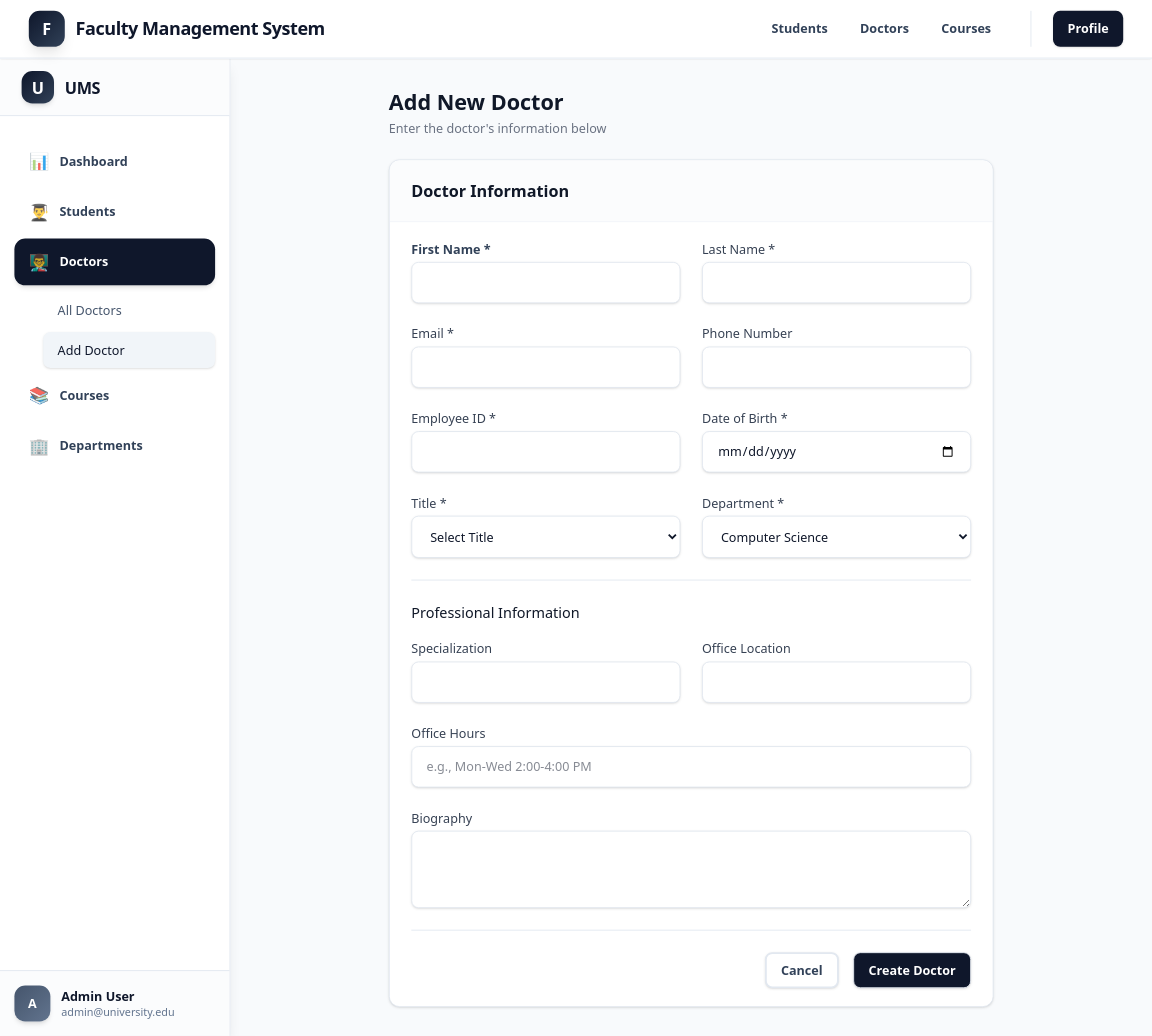
Repository: Mohamedmohsen179/Advanced-DB-Task
Page: /doctors/new (app in frontend/)
The author's editor kept a copy of each file at every save. The page is drawn from the files as they stood at one save, then again after a run of saves.
The browser window is 1280 px wide. The pictures show the whole page, at 90% of full size.
The page's requests for data from a server got no answer. The project was rebuilt for these pictures with package versions that can differ from the ones it lists, and the page was loaded fresh each time. The framework's server and built-in components were replaced by stand-ins that run in the browser. No one was signed in, and anything a server would have sent is missing. Also part of the build but not shown: frontend/next.config.ts.

Above is the page before, as saved 2025-11-28 19:07:06.

After the next 2 saves:
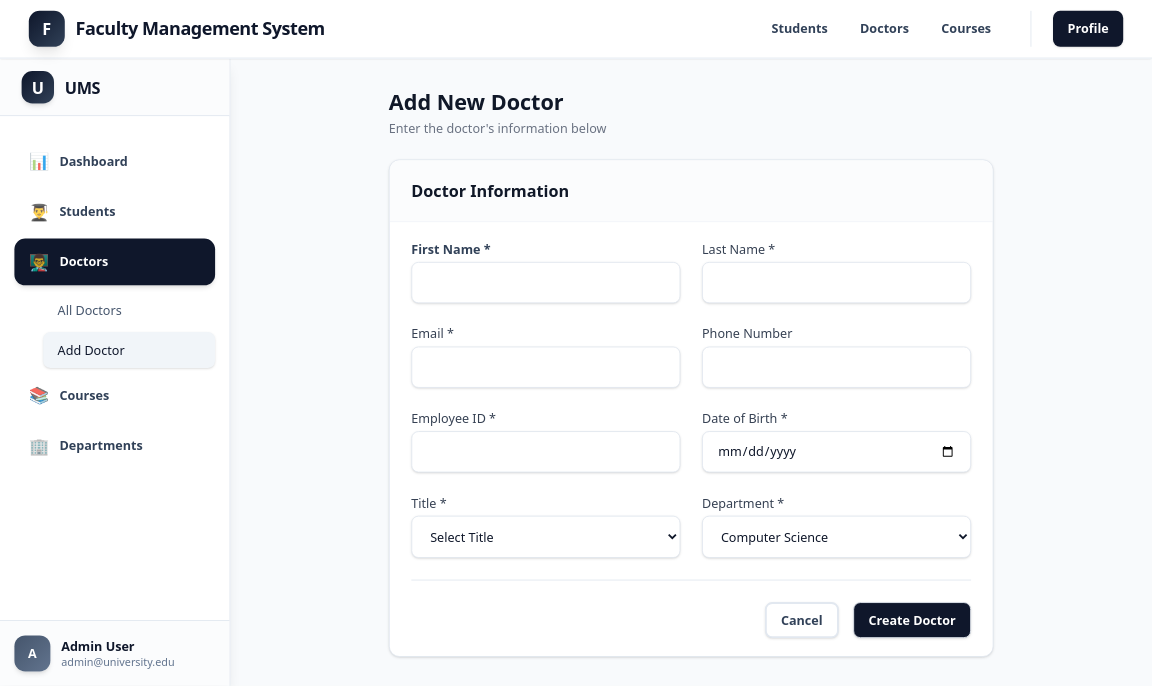
The 2 saves are shown as one change because they came seconds apart.
The last was saved 26 s later.
--- a/frontend/app/doctors/new/page.tsx
+++ b/frontend/app/doctors/new/page.tsx
@@ -258,69 +258,6 @@ export default function NewDoctorPage() {
               </div>
             </div>
 
-            {/* Professional Information */}
-            <div className="border-t border-gray-200 pt-6">
-              <h3 className="text-md font-medium text-gray-900 mb-4">Professional Information</h3>
-              <div className="grid grid-cols-1 md:grid-cols-2 gap-6">
-                <div>
-                  <label htmlFor="specialization" className="block text-sm font-medium text-gray-700">
-                    Specialization
-                  </label>
-                  <input
-                    type="text"
-                    id="specialization"
-                    name="specialization"
-                    value={formData.specialization}
-                    onChange={handleInputChange}
-                    className="mt-1 block w-full border border-slate-300 rounded-lg px-4 py-3 text-sm focus:outline-none focus:ring-2 focus:ring-slate-500 focus:border-slate-500 transition-all duration-200 bg-white shadow-sm"
-                  />
-                </div>
-
-                <div>
-                  <label htmlFor="officeLocation" className="block text-sm font-medium text-gray-700">
-                    Office Location
-                  </label>
-                  <input
-                    type="text"
-                    id="officeLocation"
-                    name="officeLocation"
-                    value={formData.officeLocation}
-                    onChange={handleInputChange}
-                    className="mt-1 block w-full border border-slate-300 rounded-lg px-4 py-3 text-sm focus:outline-none focus:ring-2 focus:ring-slate-500 focus:border-slate-500 transition-all duration-200 bg-white shadow-sm"
-                  />
-                </div>
-
-                <div className="md:col-span-2">
-                  <label htmlFor="officeHours" className="block text-sm font-medium text-gray-700">
-                    Office Hours
-                  </label>
-                  <input
-                    type="text"
-                    id="officeHours"
-                    name="officeHours"
-                    placeholder="e.g., Mon-Wed 2:00-4:00 PM"
-                    value={formData.officeHours}
-                    onChange={handleInputChange}
-                    className="mt-1 block w-full border border-slate-300 rounded-lg px-4 py-3 text-sm focus:outline-none focus:ring-2 focus:ring-slate-500 focus:border-slate-500 transition-all duration-200 bg-white shadow-sm"
-                  />
-                </div>
-
-                <div className="md:col-span-2">
-                  <label htmlFor="biography" className="block text-sm font-medium text-gray-700">
-                    Biography
-                  </label>
-                  <textarea
-                    id="biography"
-                    name="biography"
-                    rows={3}
-                    value={formData.biography}
-                    onChange={handleInputChange}
-                    className="mt-1 block w-full border border-slate-300 rounded-lg px-4 py-3 text-sm focus:outline-none focus:ring-2 focus:ring-slate-500 focus:border-slate-500 transition-all duration-200 bg-white shadow-sm"
-                  />
-                </div>
-              </div>
-            </div>
-
 
             <div className="flex justify-end space-x-4 pt-6 border-t border-gray-200">
               <Button
